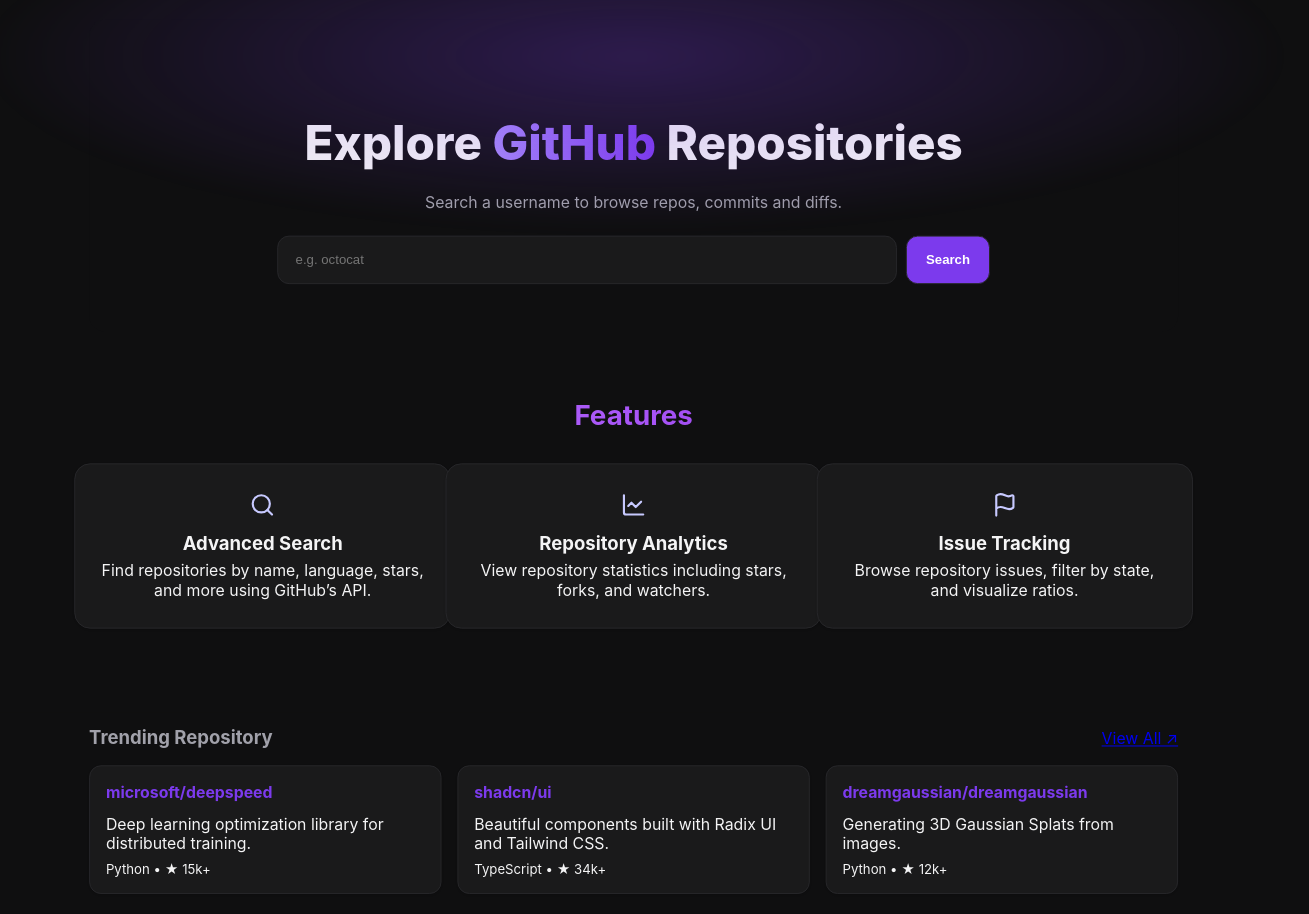
Repository: Tshenolo1994/username-repo
Page: /
An editor plug-in stored every save of this project. The page is shown before and after the next save, followed by the edit.
The browser window is 1280 px wide. The page is 1322 px wide, then 1280 px, then 1322 px, so the pictures cover 1322 px, including what lies to the right of the window. The pictures show the whole page, at 99% of full size.
The project was rebuilt for these pictures with package versions that can differ from the ones it lists, and the page was loaded fresh each time. Also part of the build but not shown: vite.config.ts, src/views/RepoView.vue.

Above is the page before, as saved 2025-10-27 00:26:23.

After the next save:
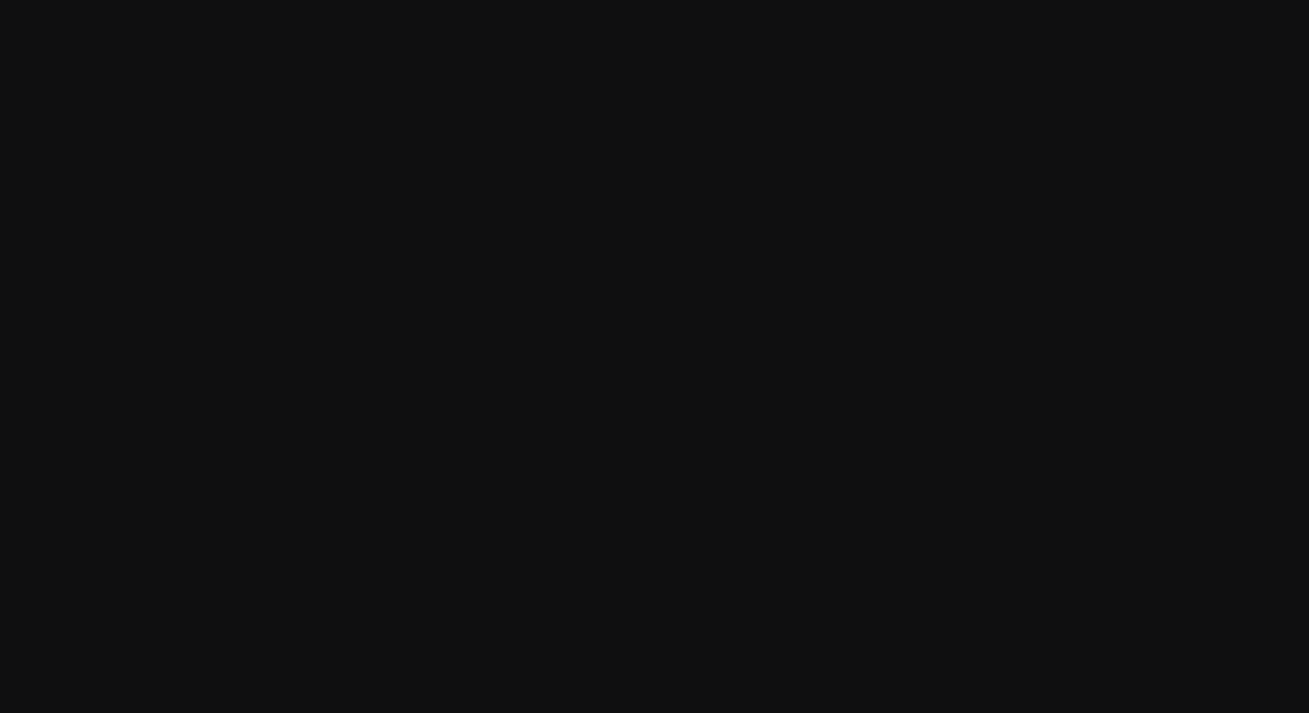
Saved 4 min 33 s later.
--- a/src/views/HomeView.vue
+++ b/src/views/HomeView.vue
@@ -1,23 +1,11 @@
 <template>
-    <section class="home">
+    <section class="home container">
       <LandingHero @submit="go" />
       <FeatureCards />
       <TrendingRow />
     </section>
   </template>
 
-  <script setup lang="ts">
-  import { useRouter } from 'vue-router'
-  import LandingHero from '@/components/LandingHero.vue'
-  import FeatureCards from '@/components/FeatureCards.vue'
-  import TrendingRow from '@/components/TrendingRow.vue'
-
-  const router = useRouter()
-  function go(username: string) {
-    router.push({ name: 'repos', params: { username } })
-  }
-  </script>
-
   <style scoped>
-  .home { display:grid; gap:2.25rem; max-width:1100px; margin:0 auto; padding:1.25rem; }
+  .home { display: grid; gap: 3.5rem; padding-bottom: 4rem; }
   </style>

After the save that followed:
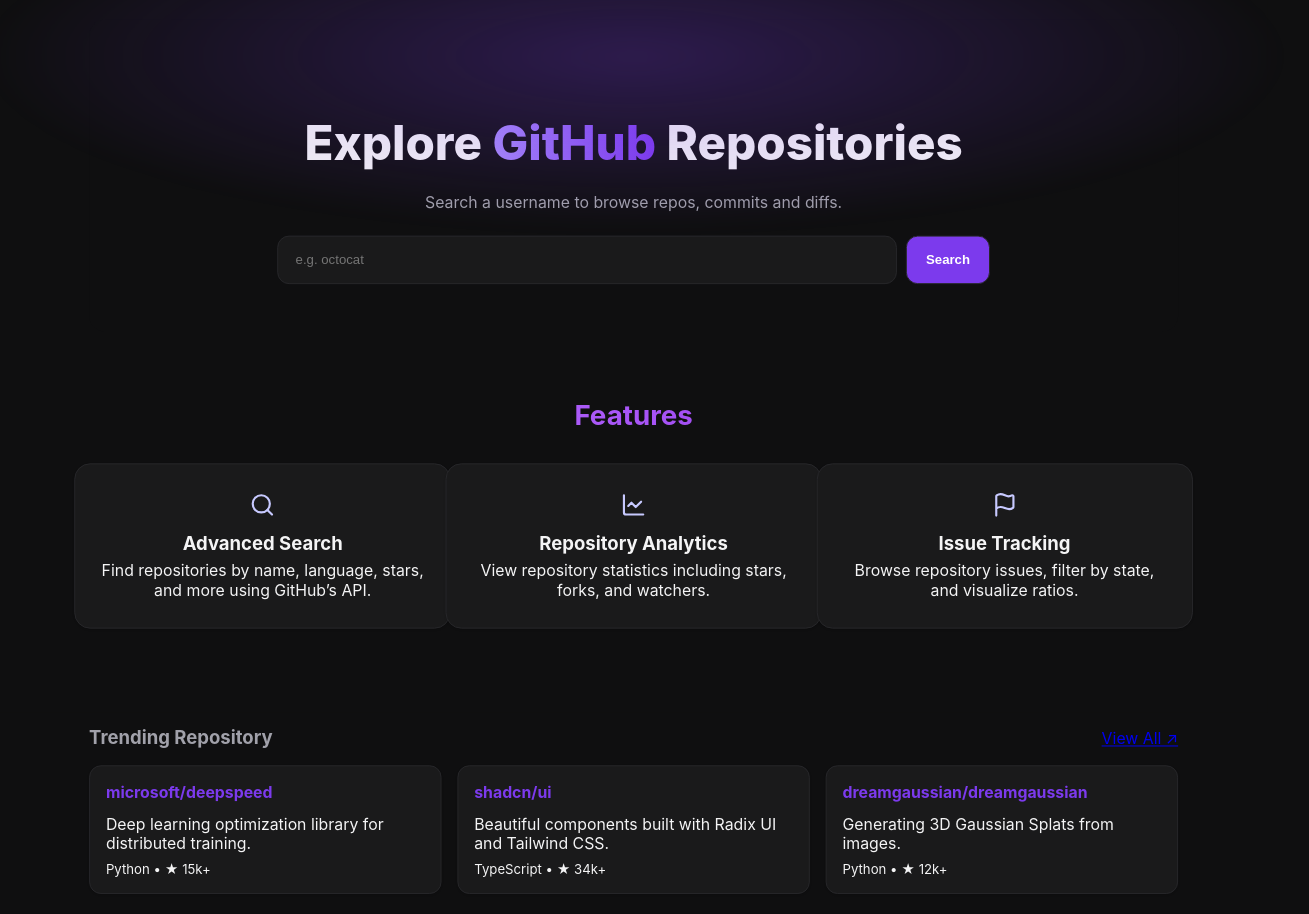
Saved 4 s later.
--- a/src/views/HomeView.vue
+++ b/src/views/HomeView.vue
@@ -1,11 +1,23 @@
 <template>
-    <section class="home container">
+    <section class="home">
       <LandingHero @submit="go" />
       <FeatureCards />
       <TrendingRow />
     </section>
   </template>
 
+  <script setup lang="ts">
+  import { useRouter } from 'vue-router'
+  import LandingHero from '@/components/LandingHero.vue'
+  import FeatureCards from '@/components/FeatureCards.vue'
+  import TrendingRow from '@/components/TrendingRow.vue'
+
+  const router = useRouter()
+  function go(username: string) {
+    router.push({ name: 'repos', params: { username } })
+  }
+  </script>
+
   <style scoped>
-  .home { display: grid; gap: 3.5rem; padding-bottom: 4rem; }
+  .home { display:grid; gap:2.25rem; max-width:1100px; margin:0 auto; padding:1.25rem; }
   </style>
